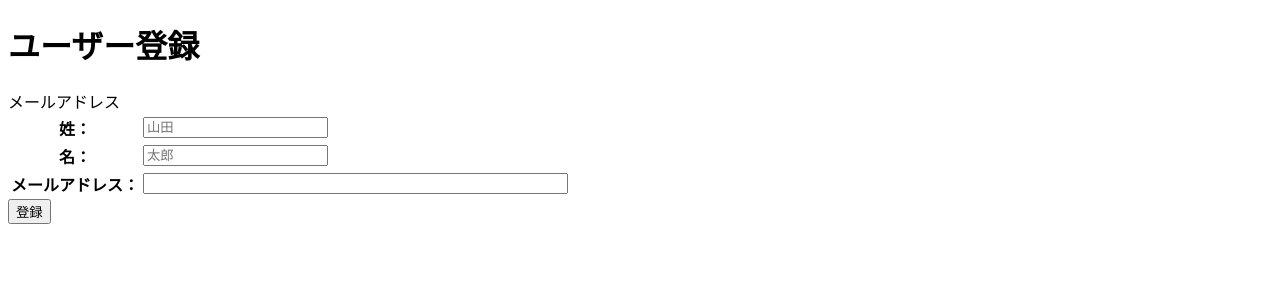
Repository: yoshiryoryo/phpform
Page: http://localhost/register.php
These files come from the project's save history. The page is drawn as it stood at one moment and after the next save; the edit follows.
The browser window is 1280 px wide. The pictures show the whole page.
The page is run by PHP 8.4 with error messages shown; the project is at /var/www/html/.

Above is the page before, as saved 2021-02-24 09:59:00.

### register.php
<!DOCTYPE html>
<html lang="en">

<head>
    <meta charset="UTF-8">
    <meta http-equiv="X-UA-Compatible" content="IE=edge">
    <meta name="viewport" content="width=device-width, initial-scale=1.0">
    <title>フォーム</title>
</head>

<body>
    <h1>ユーザー登録</h1>
    <form name="form1" method="post" action="confirm.php">
        <table>
            <tr>
                <th>姓：</th>
                <td><input type="text" name="name" size="20" maxlength="10" placeholder="山田" required></td>
            </tr>
            <tr>
                <th>名：</th>
                <td><input type="text" name="name" size="20" maxlength="10" placeholder="太郎" required></td>
            </tr>
            <tr>
                <th>メールアドレス：</th>
                メールアドレス</th><td><input type="email" name="email" size="50" maxlength="50" required></td></tr>
            </tr>
        </table>
        <input id="send" type="submit" value="登録">
    </form>
</body>

</html>

After the next save:
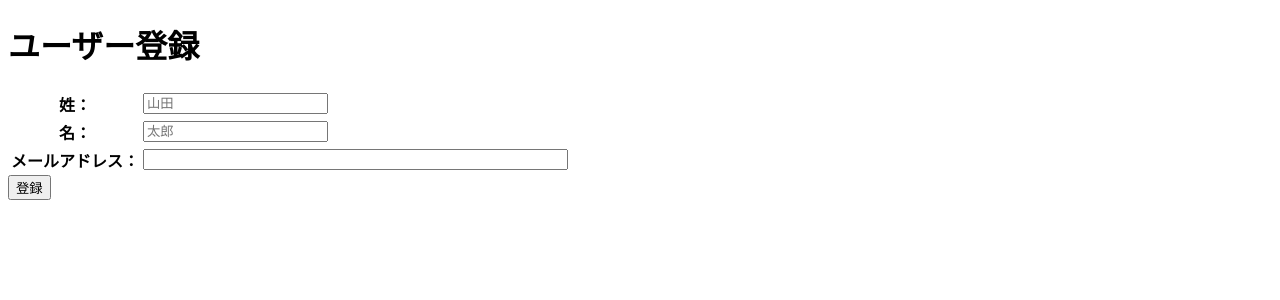
Saved 9 s later.
--- a/register.php
+++ b/register.php
@@ -22,7 +22,7 @@
             </tr>
             <tr>
                 <th>メールアドレス：</th>
-                メールアドレス</th><td><input type="email" name="email" size="50" maxlength="50" required></td></tr>
+                <td><input type="email" name="email" size="50" maxlength="50" required></td></tr>
             </tr>
         </table>
         <input id="send" type="submit" value="登録">
